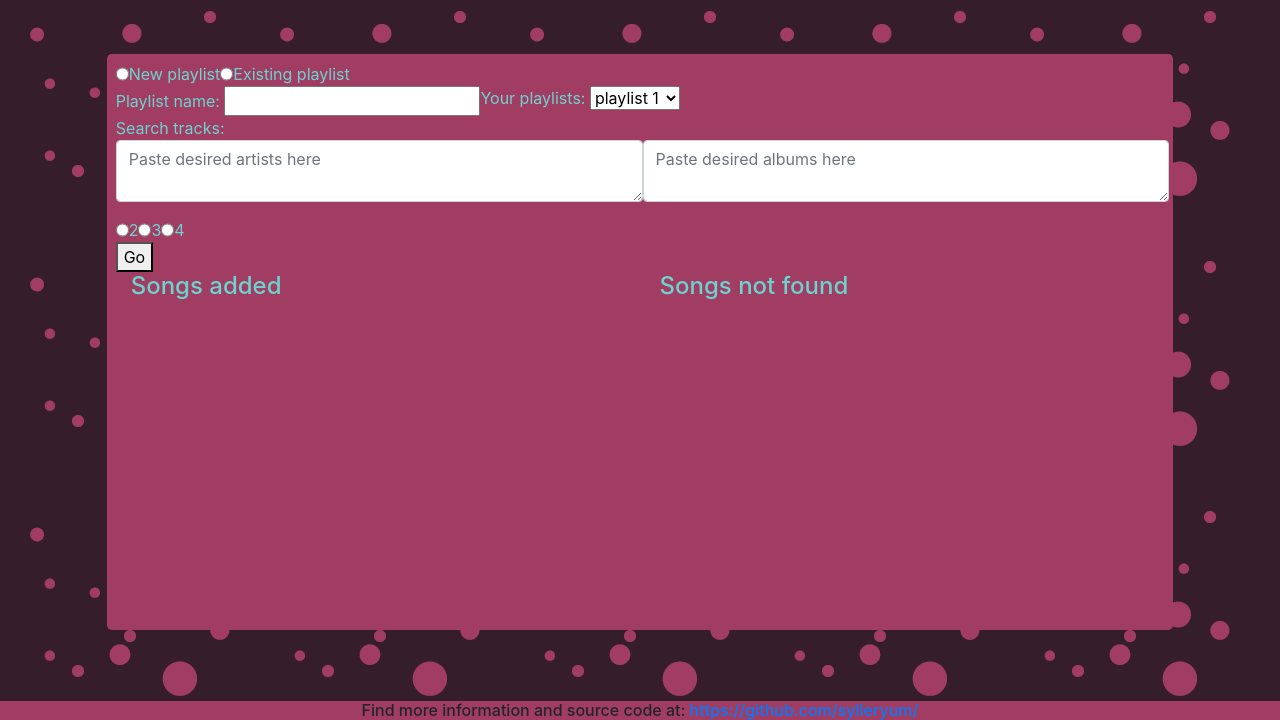
Repository: sylleryum/Frontend
Page: GetTopTracks/index.html
These files come from the project's save history. The page is drawn as it stood at one moment and after the next save; the edit follows.
The browser window is 1280 px wide. The pictures show the whole page.

Above is the page before, as saved 2019-10-13 16:43:42.

After the next save:
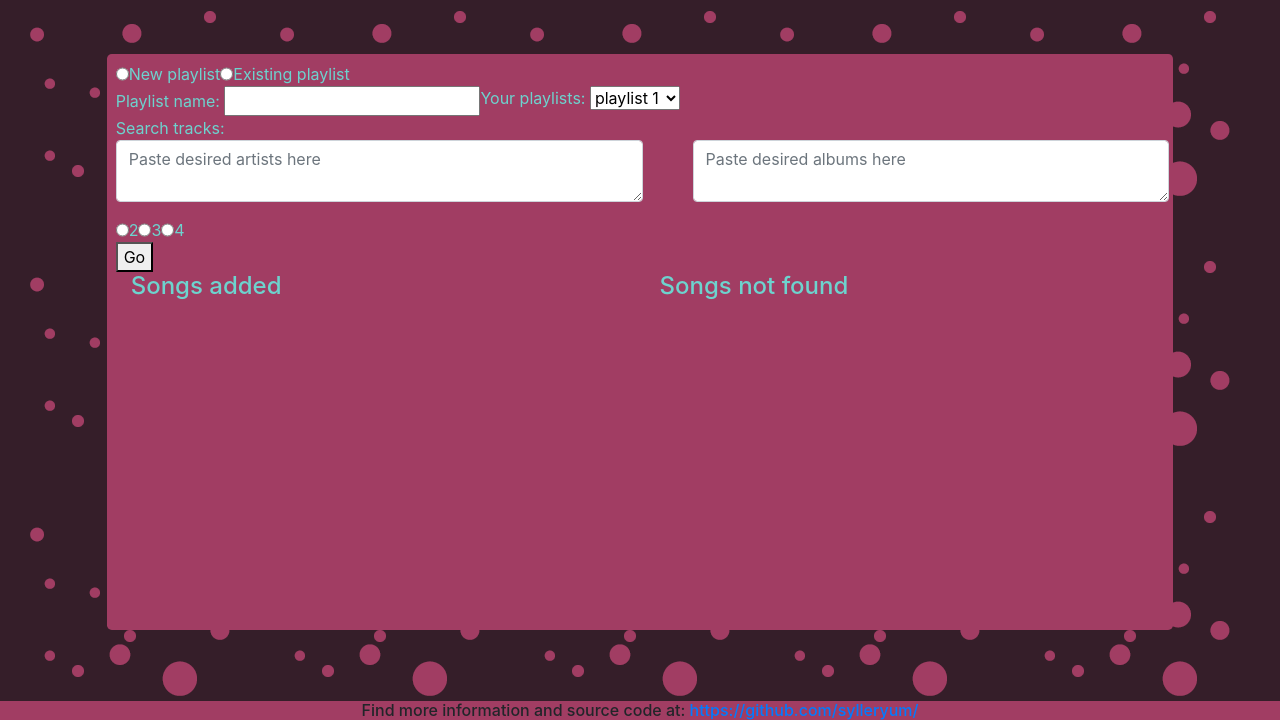
Saved 2 min 22 s later.
--- a/GetTopTracks/style.css
+++ b/GetTopTracks/style.css
@@ -65,5 +65,5 @@
 
 }
 .small-padding {
-     padding-left: 50px;
+     padding-left: 50px!important;
 }
